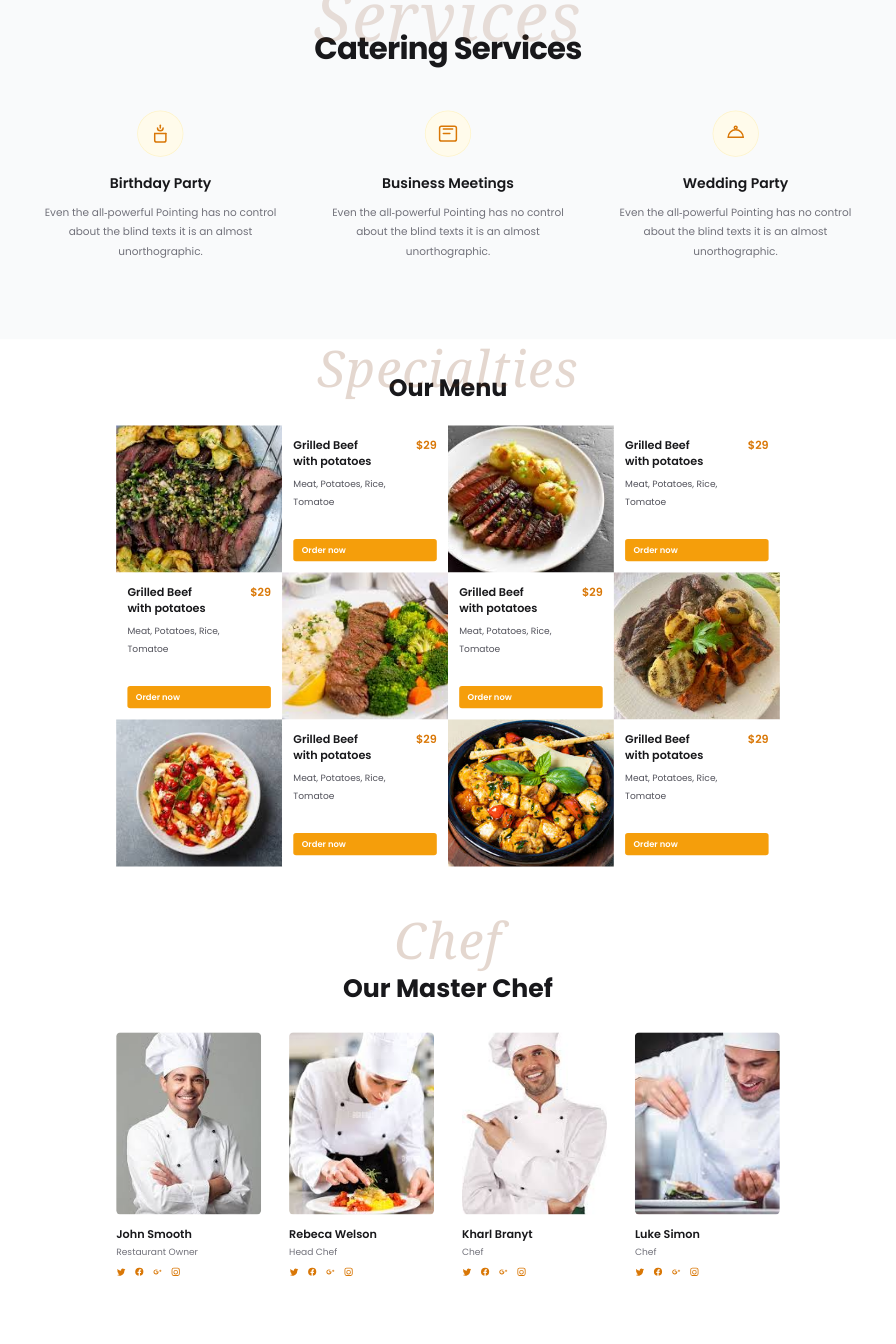
Repository: Purniagithub/Benttacproject
Page: /
The author's editor kept a copy of each file at every save. The page is drawn from the files as they stood at one save, then again after the next save.
The browser window is 1280 px wide. The pictures show the part of the page from y = 1227 to 3147 px (the page is 3147 px tall), at 70% of full size.
Some web fonts or font styles are not loaded; a fallback is used. The project was rebuilt for these pictures with package versions that can differ from the ones it lists, and the page was loaded fresh each time. Also part of the build but not shown: vite.config.js.

Above is the page before, as saved 2025-08-21 18:37:38.

### index.html
<!doctype html>
<html lang="en">
  <head>
    <meta charset="UTF-8" />
    <link rel="icon" type="image/svg+xml" href="/vite.svg" />
    <link href="https://fonts.googleapis.com/css2?family=Playfair+Display:ital,wght@1,500&family=Poppins:wght@400;600;700&display=swap" rel="stylesheet">
    <link rel="preconnect" href="https://fonts.gstatic.com" crossorigin>
<link href="https://fonts.googleapis.com/css2?family=Playfair+Display:ital,wght@1,400;1,600&display=swap" rel="stylesheet">

    <meta name="viewport" content="width=device-width, initial-scale=1.0" />
    <title>Vite + React</title>
  </head>
  <body>
    <div id="root"></div>
    <script type="module" src="/src/main.jsx"></script>
  </body>
</html>

### src/App.jsx
import React from "react";
import Navbar from "./components/Navbar";
import Hero from "./components/Hero";

function App() {
  return (
    <div className="font-poppins">
      <Navbar />
      <Hero />
    </div>
  );
}

export default App;

### src/components/Navbar.jsx
import React from "react";

const Navbar = () => {
  return (
    <header className="absolute top-0 left-0 w-full z-50">
      {/* Top bar */}
      <div className="flex justify-between items-center bg-black bg-opacity-70 text-white text-sm px-6 py-2">
        <div className="flex space-x-6">
          <span>📞 +1235 2355 98</span>
          <span>✉️ youremail@email.com</span>
        </div>
        <span>Open hours: Monday - Sunday 8:00AM - 9:00PM</span>
      </div>

      {/* Main Navbar */}
      <nav className="flex justify-between items-center bg-black bg-opacity-60 text-white px-8 py-4">
        <h1 className="text-xl font-bold">Feliciano</h1>
        <ul className="flex space-x-8 font-medium">
          <li><a href="#" className="hover:text-yellow-400">Home</a></li>
          <li><a href="#" className="hover:text-yellow-400">About</a></li>
          <li><a href="#" className="hover:text-yellow-400">Menu</a></li>
          <li><a href="#" className="hover:text-yellow-400">Stories</a></li>
          <li><a href="#" className="hover:text-yellow-400">Contact</a></li>
        </ul>
        <button className="bg-yellow-600 hover:bg-yellow-700 px-5 py-2 rounded text-black font-semibold">
          Book a table
        </button>
      </nav>
    </header>
  );
};

export default Navbar;

### src/components/Hero.jsx
import React from "react";
import AboutSection from "../components/AboutSection";
import CateringServices from "./CateringServices";
import MenuTightGrid from "../components/MenuTightGrid";
import MasterChef from "../components/MasterChef";

const dishes = [
  { id: 1, name: "Grilled Beef with potatoes", desc: "Meat, Potatoes, Rice, Tomato", img: "/dish-1.jpeg" },
  { id: 2, name: "Grilled Beef with potatoes", desc: "Meat, Potatoes, Rice, Tomato", img: "/dish-2.jpeg" },
  { id: 3, name: "Grilled Beef with potatoes", desc: "Meat, Potatoes, Rice, Tomato", img: "/dish-3.jpeg" },
  { id: 4, name: "Grilled Beef with potatoes", desc: "Meat, Potatoes, Rice, Tomato", img: "/dish-4.jpeg" },
];

const Hero = () => {
  return (
    <>
    <section
      className="relative h-[80vh] bg-cover bg-center flex flex-col justify-center items-center text-white px-4"
      style={{ backgroundImage: "url('/img-4.jpeg')" }}
    >
      {/* Dark overlay */}
      <div className="absolute inset-0 bg-black/70"></div>

      {/* Headings */}
      <div className="relative z-10 text-center mt-20 md:mt-32 lg:mt-40">
        <h2 className="text-3xl md:text-4xl lg:text-5xl font-serif italic text-[#CDA45E]">
          Feliciano
        </h2>
        <h1 className="text-4xl md:text-5xl lg:text-7xl font-extrabold tracking-wide mt-3 md:mt-4 uppercase">
          Best Restaurant
        </h1>
      </div>

      {/* Dish Cards */}
      <div className="relative z-10 grid grid-cols-1 sm:grid-cols-2 md:grid-cols-4 gap-10 md:gap-16 lg:gap-20 mt-16 md:mt-24 lg:mt-32">
        {dishes.map((dish) => (
          <div key={dish.id} className="text-center max-w-[220px] mx-auto">
            <img
              src={dish.img}
              alt={dish.name}
              className="w-24 h-24 md:w-28 md:h-28 object-cover rounded-full mx-auto border-4 border-white shadow-lg"
            />
            <h3 className="mt-3 font-semibold text-base md:text-lg whitespace-nowrap">
              {dish.name}
            </h3>
            <p className="text-xs md:text-sm text-gray-300">{dish.desc}</p>
          </div>
        ))}
      </div>
    </section>
     {/* Other sections */}
     <AboutSection />
     <CateringServices />
     <MenuTightGrid tileHeight={210} containerWidth={980} />
     <MasterChef />

</>
  );
};

export default Hero;

### src/components/AboutSection.jsx
// src/components/AboutSection.jsx
import React from "react";

export default function AboutSection() {
  return (
    <section className="w-full bg-white py-16">
      <div className="max-w-5xl mx-auto text-center">
        {/* Top Grid (Images + Content) */}
        <div className="grid grid-cols-1 lg:grid-cols-2 gap-8 items-center">
          {/* Left Images */}
          <div className="flex justify-center gap-4">
            <img
              src="/chef-1.jpeg"
              alt="Chef serving"
              className="shadow-md object-cover h-[280px] w-[180px]"
            />
            <img
              src="/chef-5.jpeg"
              alt="Cooking food"
              className="shadow-md object-cover h-[280px] w-[180px] mt-8"
            />
          </div>

          {/* Right Content */}
          <div className="text-left lg:text-left">
            <h3 className="text-lg font-serif italic text-[#CDA45E] relative mb-2">
              <span className="absolute -left-6 top-0 text-5xl text-gray-200 opacity-40">
                About
              </span>
              About Us
            </h3>
            <h2 className="text-4xl font-bold text-gray-900 mb-4 tracking-wide">
              Feliciano Restaurant
            </h2>
            <p className="text-gray-600 mb-4 leading-relaxed">
              A small river named Duden flows by their place and supplies it
              with the necessary regelialia. It is a paradisematic country, in
              which roasted parts of sentences fly into your mouth.
            </p>

            <p className="text-gray-700 mb-2">
              Mon - Fri <span className="font-bold">8 AM - 11 PM</span>
            </p>
            <p className="text-2xl font-bold text-[#CDA45E]">
              +1-978-123-4567
            </p>
          </div>
        </div>

        {/* Stats Section */}
        <div className="grid grid-cols-2 sm:grid-cols-5 gap-4 mt-16 pt-10">
          <div className="text-center">
            <h4 className="text-3xl font-bold text-[#CDA45E]">18</h4>
            <p className="text-sm text-gray-600">Years of Experience</p>
          </div>
          <div className="text-center">
            <h4 className="text-3xl font-bold text-[#CDA45E]">100</h4>
            <p className="text-sm text-gray-600">Menus/Dish</p>
          </div>
          <div className="text-center">
            <h4 className="text-3xl font-bold text-[#CDA45E]">50</h4>
            <p className="text-sm text-gray-600">Staffs</p>
          </div>
          <div className="text-center">
            <h4 className="text-3xl font-bold text-[#CDA45E]">15,000</h4>
            <p className="text-sm text-gray-600">Happy Customers</p>
          </div>
          <div className="text-center text-xs line-clamp-5">
            <p className="text-xs text-gray-600">A small river named Duden flows by their place and supplies it
              with the necessary regelialia. It is a paradisematic country, in
              which roasted parts of sentences fly into your mouth.</p>
          </div>
        </div>
      </div>
    </section>
  );
}

### src/components/CateringServices.jsx
import React from "react";

function IconCake(props) {
  return (
    <svg viewBox="0 0 24 24" aria-hidden="true" {...props}>
      <g fill="none" stroke="currentColor" strokeWidth="1.6" strokeLinecap="round" strokeLinejoin="round">
        <path d="M12 3v3" />
        <path d="M9 6a3 3 0 1 0 6 0" />
        <path d="M6 12h12" />
        <path d="M6 12v7a2 2 0 0 0 2 2h8a2 2 0 0 0 2-2v-7" />
      </g>
    </svg>
  );
}

function IconMeeting(props) {
  return (
    <svg viewBox="0 0 24 24" aria-hidden="true" {...props}>
      <g fill="none" stroke="currentColor" strokeWidth="1.6" strokeLinecap="round" strokeLinejoin="round">
        <path d="M7 7h10M7 12h7" />
        <path d="M3 18a2 2 0 0 0 2 2h14a2 2 0 0 0 2-2V6a2 2 0 0 0-2-2H5a2 2 0 0 0-2 2z" />
      </g>
    </svg>
  );
}

function IconCloche(props) {
  return (
    <svg viewBox="0 0 24 24" aria-hidden="true" {...props}>
      <g fill="none" stroke="currentColor" strokeWidth="1.6" strokeLinecap="round" strokeLinejoin="round">
        <path d="M12 7a1.5 1.5 0 1 0 0-3 1.5 1.5 0 0 0 0 3z" />
        <path d="M4 16a8 8 0 1 1 16 0" />
        <path d="M4 16h16" />
      </g>
    </svg>
  );
}

const cards = [
  {
    title: "Birthday Party",
    text:
      "Even the all‑powerful Pointing has no control about the blind texts it is an almost unorthographic.",
    Icon: IconCake,
  },
  {
    title: "Business Meetings",
    text:
      "Even the all‑powerful Pointing has no control about the blind texts it is an almost unorthographic.",
    Icon: IconMeeting,
  },
  {
    title: "Wedding Party",
    text:
      "Even the all‑powerful Pointing has no control about the blind texts it is an almost unorthographic.",
    Icon: IconCloche,
  },
];

export default function CateringServices({
  id = "services",
  heading = "Catering Services",
  accent = "Services",
}) {
  return (
    <section id={id} className="relative isolate bg-gray-50 py-24 sm:py-28">
      {/* Accent word behind heading */}
      <div aria-hidden className="pointer-events-none absolute inset-x-0 -top-1 sm:top-0 text-center">
        <span className="select-none font-serif italic tracking-wide text-amber-900/15 text-7xl sm:text-8xl md:text-[96px] leading-none">
          {accent}
        </span>
      </div>

      <div className="mx-auto max-w-[1200px] px-4">
        {/* Main heading */}
        <h2 className="text-center text-[34px] sm:text-[38px] md:text-[44px] font-extrabold tracking-tight text-zinc-900 -mt-12">
          {heading}
        </h2>

        {/* Cards */}
        <div className="mt-14 grid grid-cols-1 md:grid-cols-3 gap-12 md:gap-16">
          {cards.map(({ title, text, Icon }) => (
            <article key={title} className="text-center">
              <div className="mx-auto mb-6 flex h-16 w-16 items-center justify-center rounded-full bg-amber-50 ring-1 ring-amber-100 text-amber-600">
                <Icon className="h-8 w-8" />
              </div>
              <h3 className="text-[20px] font-semibold text-zinc-900">{title}</h3>
              <p className="mt-3 mx-auto max-w-[340px] text-[15px] leading-7 text-zinc-500">
                {text}
              </p>
            </article>
          ))}
        </div>
      </div>
    </section>
  );
}

### src/components/MenuTightGrid.jsx
import React from "react";

const tiles = [
  // Row 1
  { type: "image", src: "/dish-1.jpeg", alt: "Dish 1" },
  { type: "card",  title: "Grilled Beef\nwith potatoes", price: 29, lines: ["Meat, Potatoes, Rice,", "Tomatoe"] },
  { type: "image", src: "/dish-2.jpeg", alt: "Dish 2" },
  { type: "card",  title: "Grilled Beef\nwith potatoes", price: 29, lines: ["Meat, Potatoes, Rice,", "Tomatoe"] },
  // Row 2
  { type: "card",  title: "Grilled Beef\nwith potatoes", price: 29, lines: ["Meat, Potatoes, Rice,", "Tomatoe"] },
  { type: "image", src: "/dish-3.jpeg", alt: "Dish 3" },
  { type: "card",  title: "Grilled Beef\nwith potatoes", price: 29, lines: ["Meat, Potatoes, Rice,", "Tomatoe"] },
  { type: "image", src: "/dish-4.jpeg", alt: "Dish 5" },
  // Row 3
  { type: "image", src: "/dish-5.jpeg", alt: "Dish 6" },
  { type: "card",  title: "Grilled Beef\nwith potatoes", price: 29, lines: ["Meat, Potatoes, Rice,", "Tomatoe"] },
  { type: "image", src: "/dish-6.jpeg", alt: "Dish 6" },
  { type: "card",  title: "Grilled Beef\nwith potatoes", price: 29, lines: ["Meat, Potatoes, Rice,", "Tomatoe"] },
];

function Price({ value }) {
  return <span className="text-[16px] font-semibold text-amber-600">{`$${value}`}</span>;
}

function OrderBtn() {
  return (
    <button className="inline-flex h-8 items-center rounded bg-amber-500 px-3 text-xs font-semibold text-white hover:bg-amber-600">
      Order now
    </button>
  );
}

function Card({ title, price, lines }) {
  return (
    // NO outer padding or margin; fill the grid cell entirely
    <div className="h-full w-full bg-white">
      {/* Internal spacing for the card content only */}
      <article className="flex h-full w-full flex-col justify-between p-4">
        <div>
          <div className="flex items-start justify-between gap-3">
            <h3 className="whitespace-pre-line text-[16px] font-semibold leading-6 text-zinc-900">
              {title}
            </h3>
            <Price value={price} />
          </div>
          <ul className="mt-2 space-y-0.5 text-[13px] leading-6 text-zinc-600">
            {lines.map((t, i) => (
              <li key={i}>{t}</li>
            ))}
          </ul>
        </div>
        <OrderBtn />
      </article>
    </div>
  );
}

function TileImage({ src, alt }) {
  return (
    // NO padding/margin; image covers the tile
    <div className="h-full w-full">
      <img src={src} alt={alt} className="h-full w-full object-cover" loading="lazy" />
    </div>
  );
}

export default function MenuTightGrid({
  id = "menu",
  heading = "Our Menu",
  accent = "Specialties",
  data = tiles,
  // Adjust these two to tune exact size
  tileHeight = 210,      // each tile’s fixed height (px)
  containerWidth = 980,  // overall section width (px)
}) {
  return (
    <section id={id} className="relative isolate bg-white py-14">
      {/* Accent script word behind heading */}
      <div aria-hidden className="pointer-events-none absolute inset-x-0 top-1 text-center">
        <span className="select-none font-serif italic text-[60px] md:text-[72px] leading-none tracking-wide text-amber-900/20">
          {accent}
        </span>
      </div>

      <div className="mx-auto px-4" style={{ maxWidth: `${containerWidth}px` }}>
        <h2 className="text-center text-[30px] md:text-[34px] font-extrabold leading-tight text-zinc-900 -mt-2">
          {heading}
        </h2>

        {/* 4-column grid — zero gap, zero padding */}
        <div className="mt-8 grid grid-cols-4 gap-0">
          {data.map((t, i) => (
            <div key={i} className="m-0 p-0" style={{ height: `${tileHeight}px` }}>
              {t.type === "card" ? (
                <Card title={t.title} price={t.price} lines={t.lines} />
              ) : (
                <TileImage src={t.src} alt={t.alt} />
              )}
            </div>
          ))}
        </div>
      </div>
    </section>
  );
}

### src/components/MasterChef.jsx
import React from "react";

// tiny SVG icons (Twitter, Facebook, Google, Instagram)
const Tw = (p) => (
  <svg viewBox="0 0 24 24" aria-hidden="true" {...p}>
    <path fill="currentColor" d="M22.46 6c-.77.35-1.6.58-2.46.69a4.26 4.26 0 0 0 1.87-2.35 8.47 8.47 0 0 1-2.69 1.03 4.23 4.23 0 0 0-7.25 3.86A12 12 0 0 1 3.16 4.9a4.23 4.23 0 0 0 1.31 5.64 4.18 4.18 0 0 1-1.92-.53v.05a4.23 4.23 0 0 0 3.39 4.15 4.27 4.27 0 0 1-1.91.07 4.24 4.24 0 0 0 3.95 2.94A8.49 8.49 0 0 1 2 19.54 12 12 0 0 0 8.29 21.5c7.55 0 11.68-6.26 11.68-11.68 0-.18-.01-.36-.02-.54A8.35 8.35 0 0 0 22.46 6z"/>
  </svg>
);
const Fb = (p) => (
  <svg viewBox="0 0 24 24" aria-hidden="true" {...p}>
    <path fill="currentColor" d="M22 12a10 10 0 1 0-11.6 9.87v-6.98h-2.6V12h2.6V9.8c0-2.57 1.53-3.99 3.87-3.99 1.12 0 2.3.2 2.3.2v2.53h-1.3c-1.28 0-1.68.79-1.68 1.6V12h2.85l-.46 2.89h-2.39v6.98A10 10 0 0 0 22 12z"/>
  </svg>
);
const Gp = (p) => (
  <svg viewBox="0 0 24 24" aria-hidden="true" {...p}>
    <path fill="currentColor" d="M21.5 10.5h-2v2h-1.5v-2h-2v-1.5h2v-2H19.5v2h2zM8.5 10.75v2.5h3.6c-.15.95-1.08 2.78-3.6 2.78-2.17 0-3.94-1.8-3.94-4.03s1.77-4.03 3.94-4.03c1.24 0 2.06.53 2.53.98l1.73-1.67C11.82 7 10.36 6.25 8.5 6.25c-3.46 0-6.25 2.8-6.25 6.25S5.04 18.75 8.5 18.75c3.7 0 6.15-2.6 6.15-6.27 0-.42-.05-.83-.12-1.23z"/>
  </svg>
);
const Ig = (p) => (
  <svg viewBox="0 0 24 24" aria-hidden="true" {...p}>
    <path fill="currentColor" d="M7 2h10a5 5 0 0 1 5 5v10a5 5 0 0 1-5 5H7a5 5 0 0 1-5-5V7a5 5 0 0 1 5-5zm0 2a3 3 0 0 0-3 3v10a3 3 0 0 0 3 3h10a3 3 0 0 0 3-3V7a3 3 0 0 0-3-3H7zm5 3.5A5.5 5.5 0 1 1 6.5 13 5.5 5.5 0 0 1 12 7.5zm0 2A3.5 3.5 0 1 0 15.5 13 3.5 3.5 0 0 0 12 9.5zM18.25 6.5a.75.75 0 1 1-.75.75.75.75 0 0 1 .75-.75z"/>
  </svg>
);

const chefs = [
  {
    name: "John Smooth",
    role: "Restaurant Owner",
    src: "/chef-7.jpeg",
    alt: "Chef John Smooth",
  },
  {
    name: "Rebeca Welson",
    role: "Head Chef",
    src: "/chef-9.jpeg",
    alt: "Chef Rebeca Welson",
  },
  {
    name: "Kharl Branyt",
    role: "Chef",
    src: "/chef-8.jpeg",
    alt: "Chef Kharl Branyt",
  },
  {
    name: "Luke Simon",
    role: "Chef",
    src: "/chef-4.jpeg",
    alt: "Chef Luke Simon",
  },
];

function SocialRow() {
  const cls = "h-3.5 w-3.5 text-amber-600";
  return (
    <div className="mt-3 flex items-center gap-3 text-amber-600">
      <Tw className={cls} />
      <Fb className={cls} />
      <Gp className={cls} />
      <Ig className={cls} />
    </div>
  );
}

function ChefCard({ name, role, src, alt }) {
  return (
    <article className="w-full">
      <div className="overflow-hidden rounded-md">
        <img
          src={src}
          alt={alt}
          className="h-[260px] w-full object-cover"
          loading="lazy"
        />
      </div>
      <h3 className="mt-4 text-[16px] font-semibold text-zinc-900">{name}</h3>
      <p className="mt-1 text-[13px] text-zinc-500">{role}</p>
      <SocialRow />
    </article>
  );
}

export default function MasterChef({
  id = "chefs",
  heading = "Our Master Chef",
  accent = "Chef",
}) {
  return (
    <section id={id} className="relative isolate bg-white py-20 sm:py-24">
      {/* Accent script behind the heading */}
      <div aria-hidden className="pointer-events-none absolute inset-x-0 top-3 text-center">
        <span className="select-none font-serif italic text-[64px] sm:text-[72px] leading-none tracking-wide text-amber-900/20">
          {accent}
        </span>
      </div>

      {/* Compact container matching screenshot width */}
      <div className="mx-auto max-w-[980px] px-4">
        <h2 className="text-center text-[34px] sm:text-[36px] font-extrabold leading-tight text-zinc-900">
          {heading}
        </h2>

        {/* 4-column grid, equal cards */}
        <div className="mt-10 grid grid-cols-1 gap-10 sm:grid-cols-2 lg:grid-cols-4">
          {chefs.map((c) => (
            <ChefCard key={c.name} {...c} />
          ))}
        </div>
      </div>
    </section>
  );
}

### tailwind.config.js
/** @type {import('tailwindcss').Config} */
export default {
  content: ["./index.html",
    "./src/**/*.{js,ts,jsx,tsx}",],
  theme: {
    extend: {fontFamily: {
      sans: ['Poppins', 'sans-serif'],
      serif: ['Playfair Display', "Georgia", 'serif'],
    },
    colors: {
      gold: "#CDA45E",
    },},
  },
  plugins: [],
}

Loaded but not shown: src/main.jsx (common file); src/index.css (common file)

After the next save:
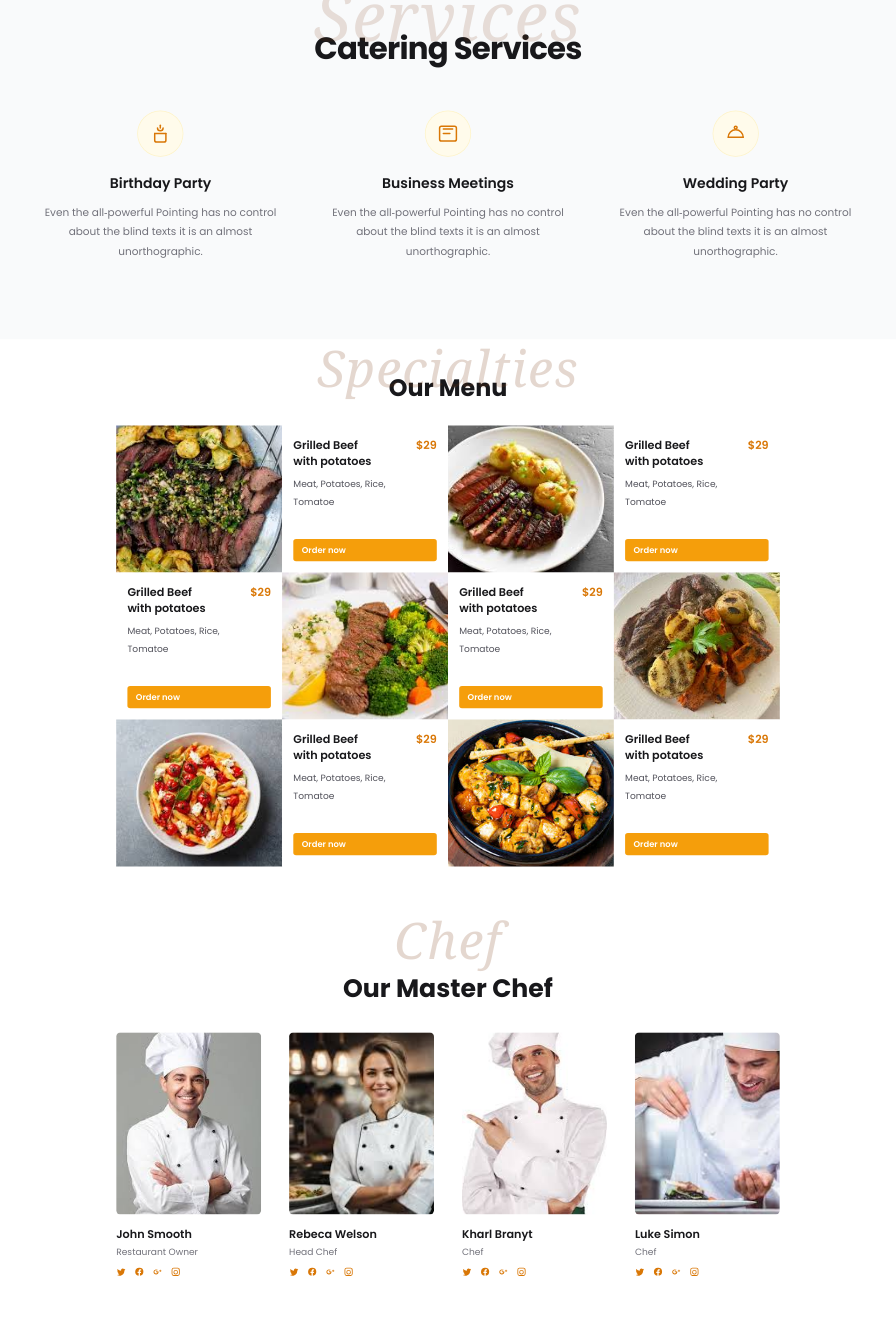
Saved 2 min 32 s later.
--- a/src/components/MasterChef.jsx
+++ b/src/components/MasterChef.jsx
@@ -32,7 +32,7 @@ const chefs = [
   {
     name: "Rebeca Welson",
     role: "Head Chef",
-    src: "/chef-9.jpeg",
+    src: "/chef-12.jpeg",
     alt: "Chef Rebeca Welson",
   },
   {
